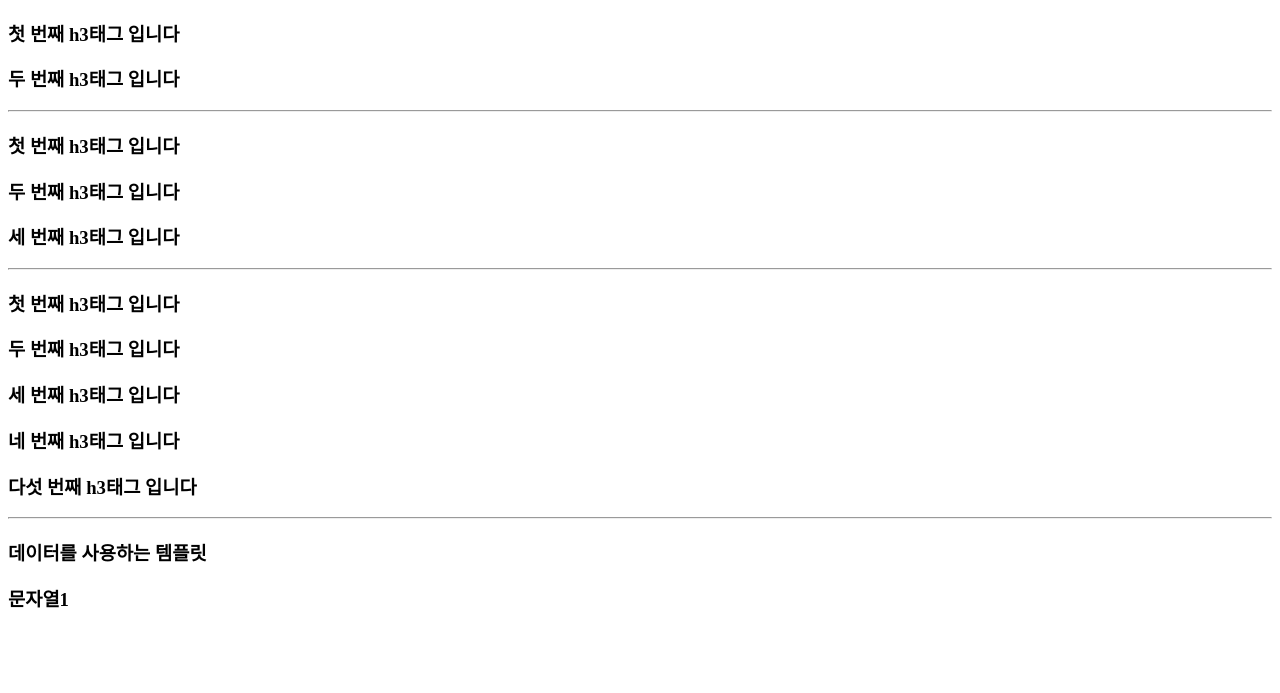
Repository: HyoJun00/Vue_JS
Page: Component/src/main/webapp/index.html
These files come from the project's save history. The page is drawn as it stood at one moment and after the next save; the edit follows.
The browser window is 1280 px wide. The pictures show the whole page.

Above is the page before, as saved 2025-07-15 05:54:06.

### Component/src/main/webapp/index.html
<!DOCTYPE html>
<html>
<head>
<meta charset="UTF-8">
<title>Insert title here</title>
<script src="https://cdn.jsdelivr.net/npm/vue@2"></script>
<script>
	Vue.component('component1', {
		template : '<div>'
				 + '<h3>첫 번째 h3태그 입니다</h3>'
				 + '<h3>두 번째 h3태그 입니다</h3>'
				 + '</div>'
	})

	Vue.component('component2', {
		template : '<h3>세 번째 h3태그 입니다</h3>'
	})

	Vue.component('data_component', {
		template : '<div>'
				 + '<h3>데이터를 사용하는 템플릿</h3>'
				 + '<h3>{{a1}}</h3>'
				 + '</div>',
		data : function(){
			rtn_obj = {
					a1 : '문자열1',
					a2 : '문자열2'
			}
			return rtn_obj
		}
	})

	window.onload = function(){
		var test1 = new Vue({
			el : '#test1'
		})

		var test2 = new Vue({
			el : '#test2'
		})

		var test3 = new Vue({
			el : '#test3',
			components : {
				'component3' : {
					template : '<h3>네 번째 h3태그 입니다</h3>'
				},
				'component4' : {
					template : '<h3>다섯 번째 h3태그 입니다</h3>'
				}
			}
		})

		var test4 = new Vue({
			el : '#test4'
		})
	}
</script>
</head>
<body>
	<div id="test1">
		<component1></component1>
	</div>
	<hr/>
	<div id="test2">
		<component1></component1>
		<component2></component2>
		<!-- <component3></component3> -->
	</div>
	<hr/>
	<div id="test3">
		<component1></component1>
		<component2></component2>
		<component3></component3>
		<component4></component4>
	</div>
	<hr/>
	<div id="test4">
		<data_component></data_component>
	</div>
</body>
</html>

After the next save:
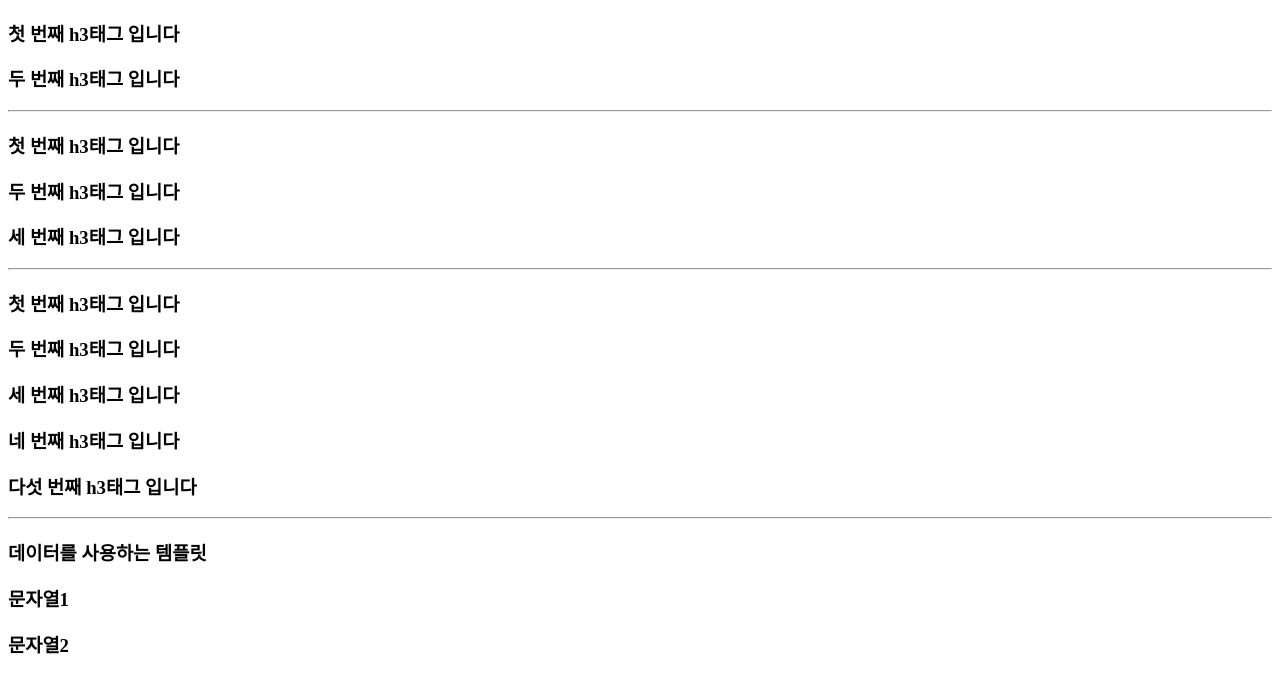
Saved 8 s later.
--- a/Component/src/main/webapp/index.html
+++ b/Component/src/main/webapp/index.html
@@ -20,6 +20,7 @@
 		template : '<div>'
 				 + '<h3>데이터를 사용하는 템플릿</h3>'
 				 + '<h3>{{a1}}</h3>'
+				 + '<h3>{{a2}}</h3>'
 				 + '</div>',
 		data : function(){
 			rtn_obj = {
